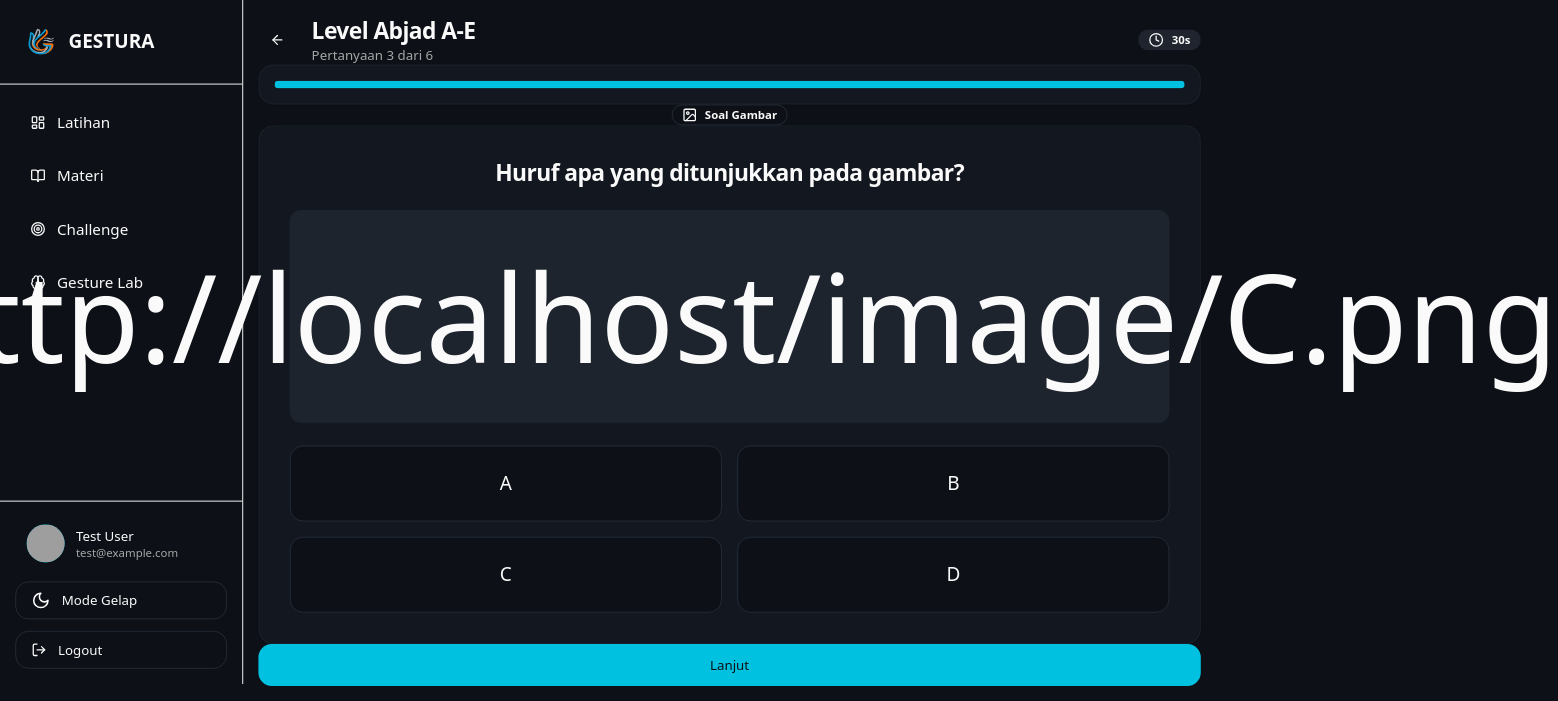
Repository: Tisna7/GESTURA
Page: http://localhost/latihan-isi-3
The author's editor kept a copy of each file at every save. The page is drawn from the files as they stood at one save, then again after the next save.
The browser window is 1280 px wide. The page is 1640 px wide, then 1599 px, so the pictures cover 1640 px, including what lies to the right of the window. The pictures show the whole page, at 95% of full size.
Pictures or frames that could not be fetched are drawn as grey boxes. The page is served by the project's Laravel application, run on PHP 8.4 with Laravel 12. A made-up administrator, Test User (test@example.com), is signed in. Style sheets and scripts are compiled from the project's sources, by tool versions that may differ from the author's.

Above is the page before, as saved 2025-11-23 21:46:15.

After the next save:
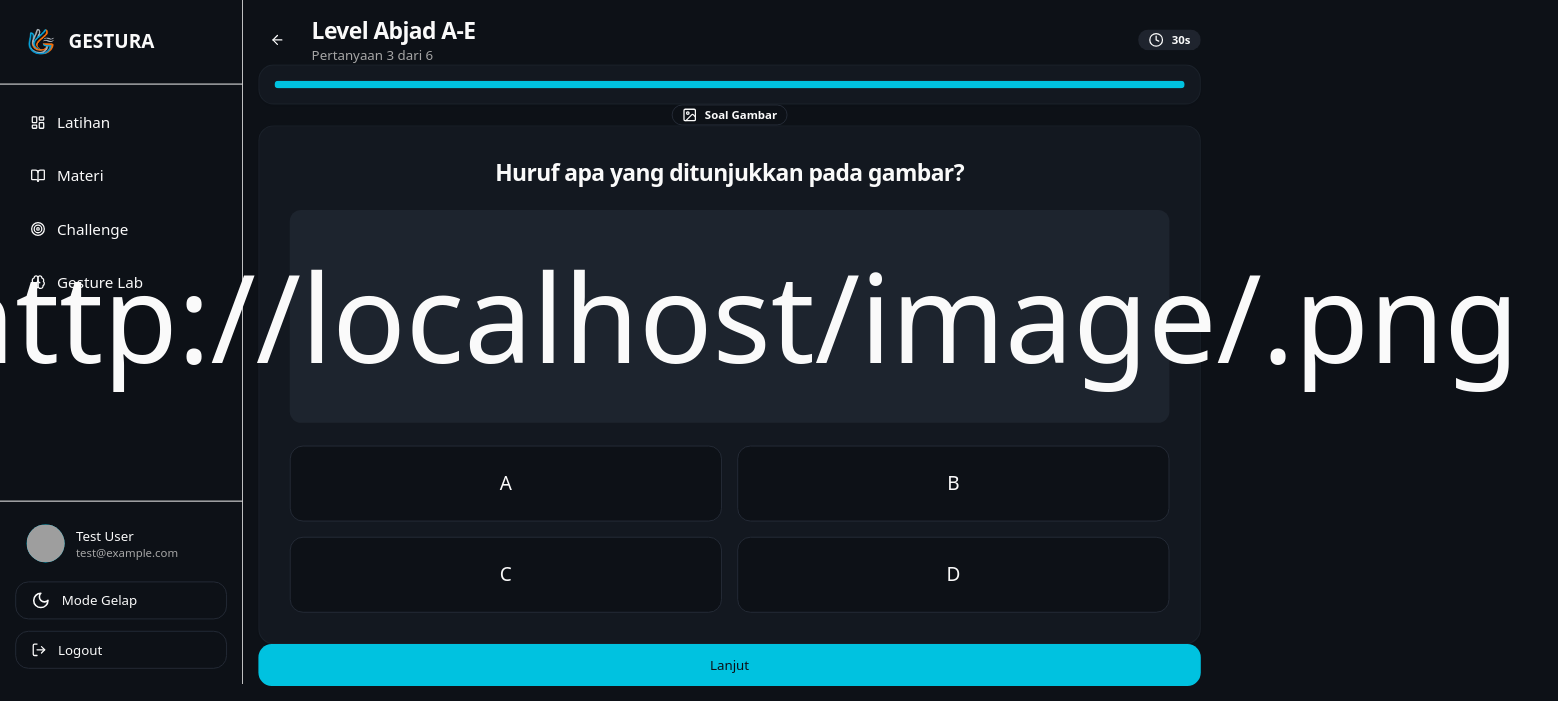
Saved 21 s later.
--- a/resources/views/user/quiz-isi-3.blade.php
+++ b/resources/views/user/quiz-isi-3.blade.php
@@ -53,7 +53,8 @@
                 <div class="space-y-6">
                     <h2 class="text-2xl font-bold text-center">Huruf apa yang ditunjukkan pada gambar?</h2>
                     <div class="bg-muted/50 rounded-xl p-12 flex items-center justify-center">
-                        <div class="text-9xl">{{ asset('image/C.png') }}</div>
+                        <div class="text-9xl">{{ asset('image/.png') }}</div>
+                        <div class="text-9xl"><img src="" alt=""></div>
                     </div>
                     <div class="grid grid-cols-2 gap-4">
     <button type="button"
